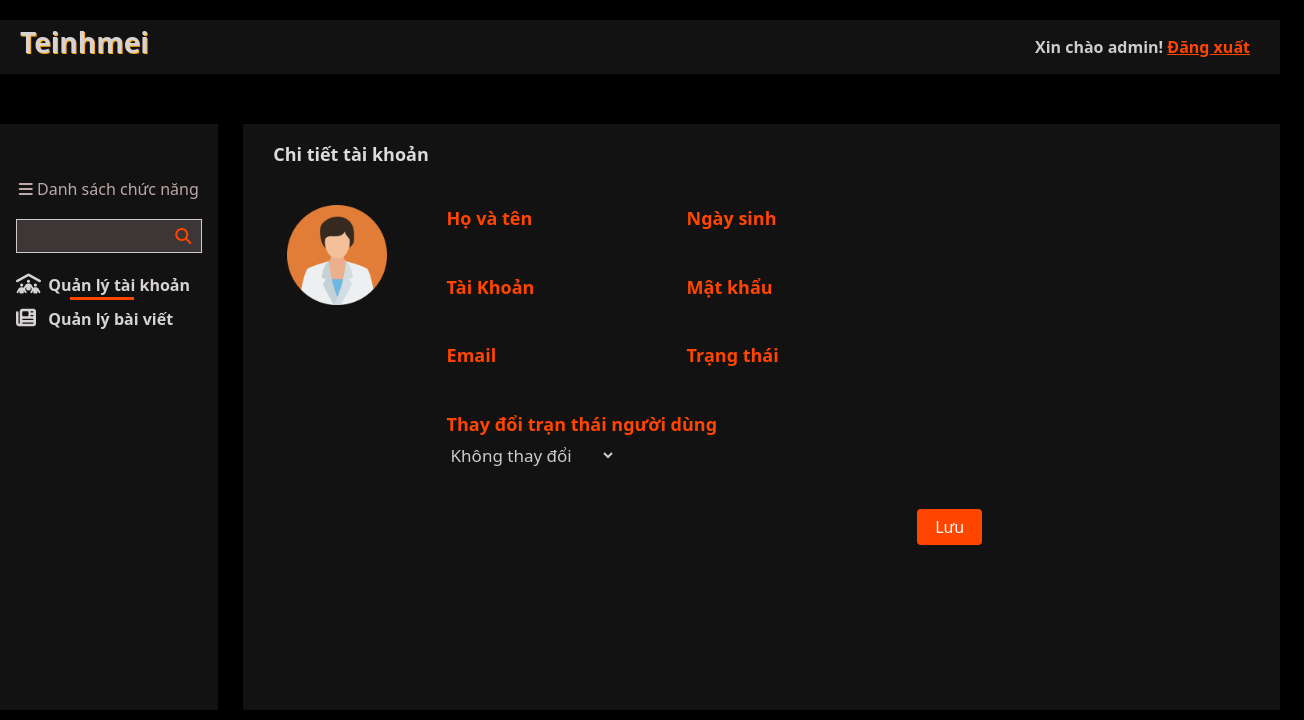
Repository: 29ieH/schedule-manager
Page: http://localhost/quanlythoigian/views/admin/edituser.jsp
These files come from the project's save history. The page is drawn as it stood at one moment and after the next save; the edit follows.
The browser window is 1280 px wide. The page is 1280 px wide, then 1304 px, then 1280 px, so the pictures cover 1304 px, including what lies to the right of the window. The pictures show the whole page.
The page is served by Tomcat 9. Nobody is signed in. The application's start-up code is not run.

Above is the page before, as saved 2023-12-26 16:10:50.

After the next save:
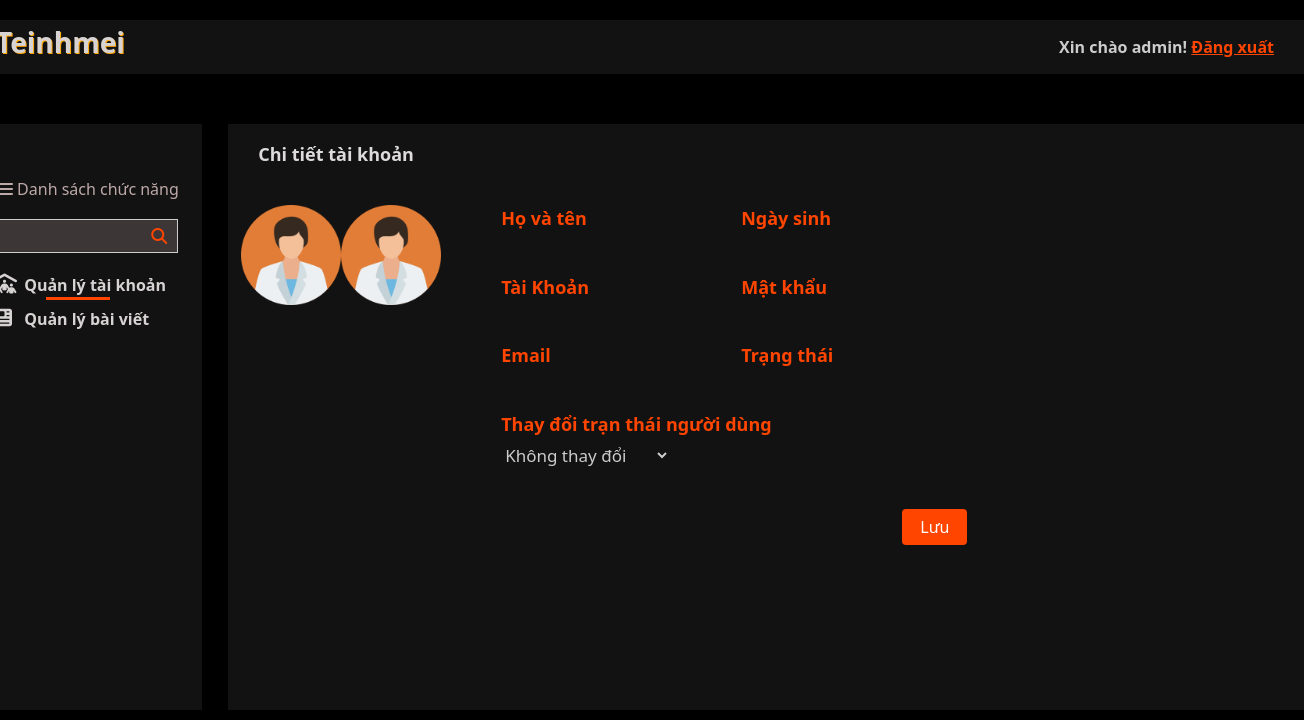
Saved 6 min 37 s later.
--- a/quanlythoigian/src/main/webapp/views/admin/edituser.jsp
+++ b/quanlythoigian/src/main/webapp/views/admin/edituser.jsp
@@ -67,12 +67,15 @@
             <form action="<c:url value = "/a-edit-userz"/>" id="myForm">
             	<input type="hidden" name = "id" value ="${result.idNguoiDung}">
                 <div class="a_form--user">
-                <c:if test="${result.gioiTinh eq 'Nam'}">
-                <img src="<c:url value="/img/usernam.png"/>" alt="" class="a_form--img">
-                </c:if>
-                <c:if test="${result.goiTinh ne 'Nam'}">
-                <img src="<c:url value="/img/nuuser.png"/>" alt="" class="a_form--img">
-                </c:if>
+                <c:choose>
+                	<c:when test="${result.gioiTinh=='Nam'}">
+                	<img src="<c:url value="/img/usernam.png"/>" alt="" class="a_form--img">
+                	</c:when>
+                	<c:otherwise>
+                	<img src="<c:url value="/img/nuuser.png"/>" alt="" class="a_form--img">
+                	</c:otherwise>
+                </c:choose>
+                 <img src="<c:url value="/img/nuuser.png"/>" alt="" class="a_form--img">
                     <div class="a_form--info">
                         <ul class="a_form--list">
                             <li class="a_form--item">

After the save that followed:
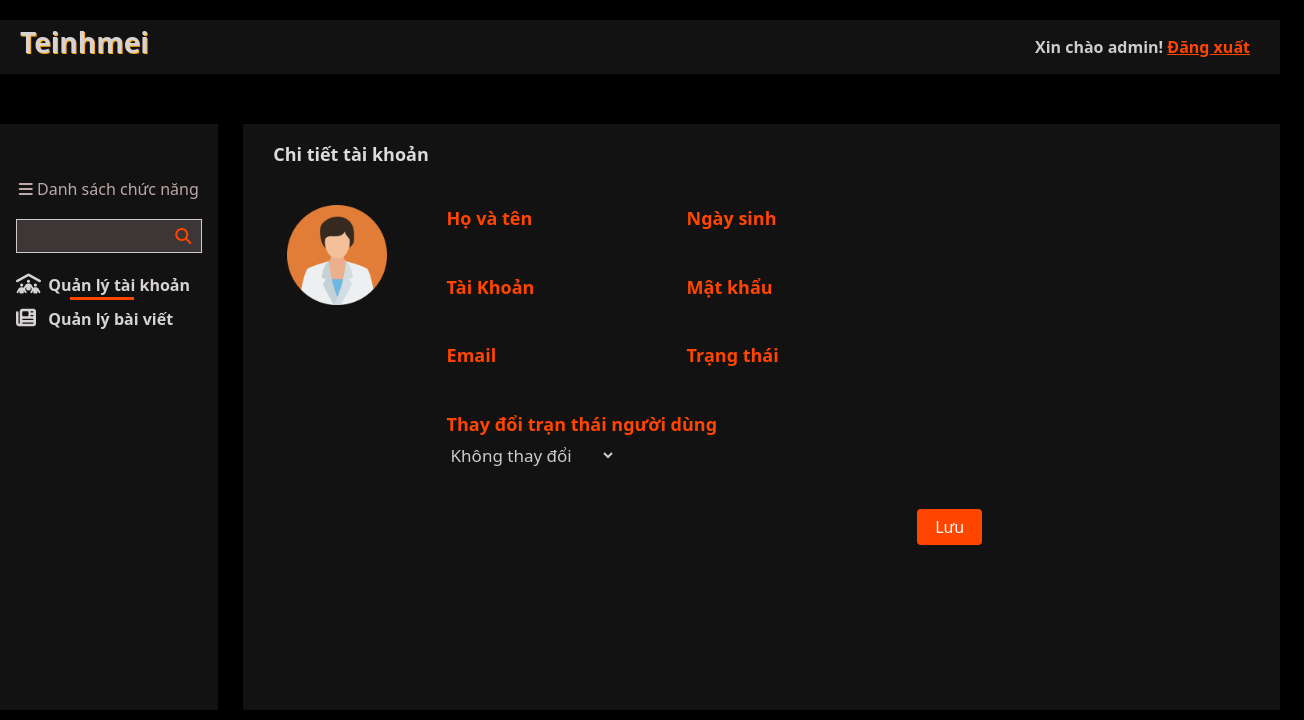
Saved 14 s later.
--- a/quanlythoigian/src/main/webapp/views/admin/edituser.jsp
+++ b/quanlythoigian/src/main/webapp/views/admin/edituser.jsp
@@ -75,7 +75,6 @@
                 	<img src="<c:url value="/img/nuuser.png"/>" alt="" class="a_form--img">
                 	</c:otherwise>
                 </c:choose>
-                 <img src="<c:url value="/img/nuuser.png"/>" alt="" class="a_form--img">
                     <div class="a_form--info">
                         <ul class="a_form--list">
                             <li class="a_form--item">
